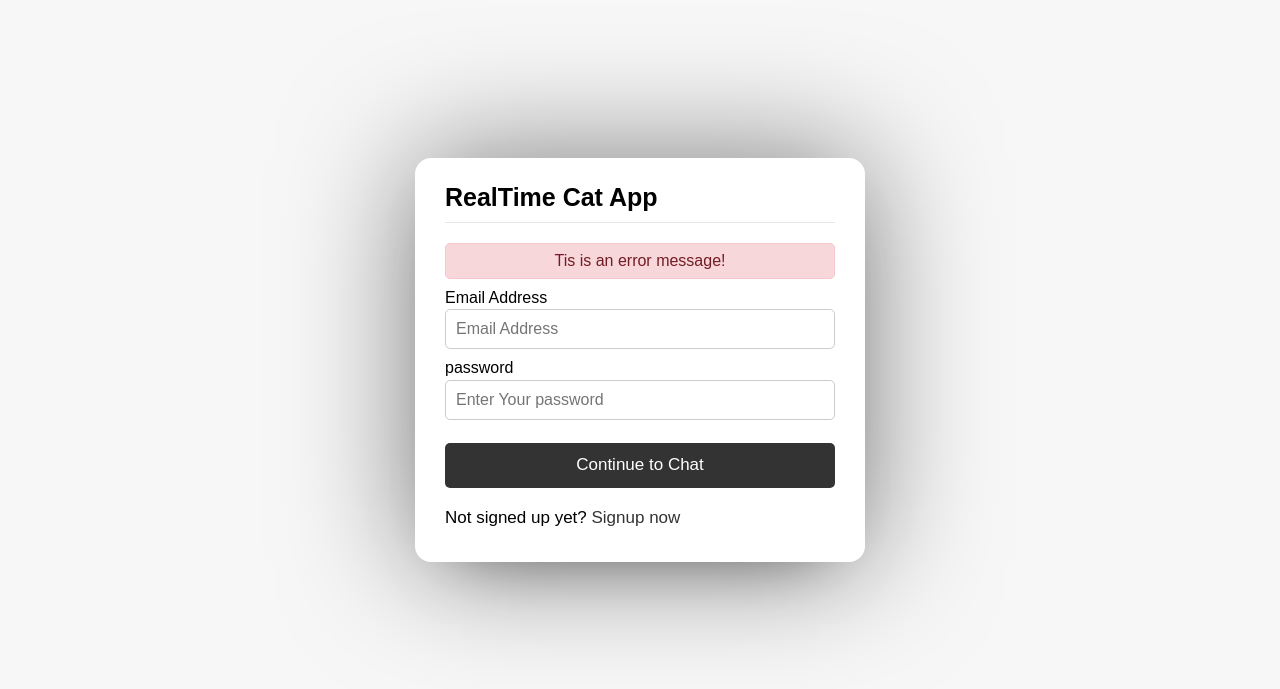
Repository: OmarEssameldinMousa/Chat-Application
Page: login.html
The author's editor kept a copy of each file at every save. The page is drawn from the files as they stood at one save, then again after the next save.
The browser window is 1280 px wide. The pictures show the whole page.

Above is the page before, as saved 2023-09-21 10:05:02.

### login.html
<!DOCTYPE html>
<html lang="en">

<head>
    <meta charset="UTF-8">
    <meta name="viewport" content="width=device-width, initial-scale=1.0">
    <title>Realtime Chat App</title>
    <link rel="stylesheet" href="css/normalize.css">
    <link rel="stylesheet" href="css/all.min.css">
    <link rel="stylesheet" href="css/style.css">
</head>

<body>
    <div class="wrapper">
        <section class="form signup">
            <header>RealTime Cat App</header>
            <form action="#">
                <div class="error-txt">Tis is an error message!</div>
                <div class="field input">
                    <label for="">Email Address</label>
                    <input type="text" placeholder="Email Address">
                </div>
                <div class="field input">
                    <label for="">password</label>
                    <input type="text" placeholder="Enter Your password">
                </div>

                <div class="field button">
                    <input type="submit" value="Continue to Chat">
                </div>
            </form>
            <div class="link">Not signed up yet? <a href="">Signup now</a></div>
        </section>
    </div>
</body>

</html>

### css/style.css
* {
    margin: 0;
    padding: 0;
    box-sizing: border-box;
    text-decoration: none;
    font-family: 'Poppins', sans-serif;
}


body {
    display: flex;
    align-items: center;
    justify-content: center;
    min-height: 100vh;
    background: #f7f7f7;
}

.wrapper {
    background: #fff;
    width: 450px;
    border-radius: 16px;
    box-shadow: 0 0 128px 0 rgba(0, 0, 0, 0.5), 0 32px 64px -48px rgba(0, 0, 0, 0.5);
}

/* Signup Form*/
.form {
    padding: 25px 30px;
}

.form header {
    font-size: 25px;
    font-weight: 600;
    padding-bottom: 10px;
    border-bottom: 1px solid #e6e6e6;
}

.form form {
    margin: 20px 0;
}

.form form .error-txt {
    color: #721c24;
    background: #f8d7da;
    padding: 8px 10px;
    text-align: center;
    border-radius: 5px;
    margin-bottom: 10px;
    border: 1px solid #f5c6cb
}

.form form .name-details {
    display: flex;
}

form .name-details .field:first-child {
    margin-right: 10px;
}

form .name-details .field:last-child {
    margin-left: 10px;
}

.form form .field {
    display: flex;
    flex-direction: column;
    margin-bottom: 10px;
}

.form form .field label {
    margin-bottom: 2px;
}


.form form .input input {
    outline: none;
}


.form form .input input {
    height: 40px;
    width: 100%;
    font-size: 16px;
    padding: 0 10px;
    border: 1px solid #ccc;
    border-radius: 5px;
}

.form form .image input {
    font-size: 17px;
}

.form form .button input {
    margin-top: 13px;
    height: 45px;
    border: none;
    font-size: 17px;
    font-weight: 500px;
    background: #333;
    color: #fff;
    border-radius: 5px;
    cursor: pointer;
}

.form .link {
    text-align: cetner;
    margin: 10px 0;
    font-size: 17px;
}

.form .link a {
    color: #333;
}

.form .link a:hover {
    text-decoration: underline;
}

Loaded but not shown: css/normalize.css (library); css/all.min.css (library)

After the next save:
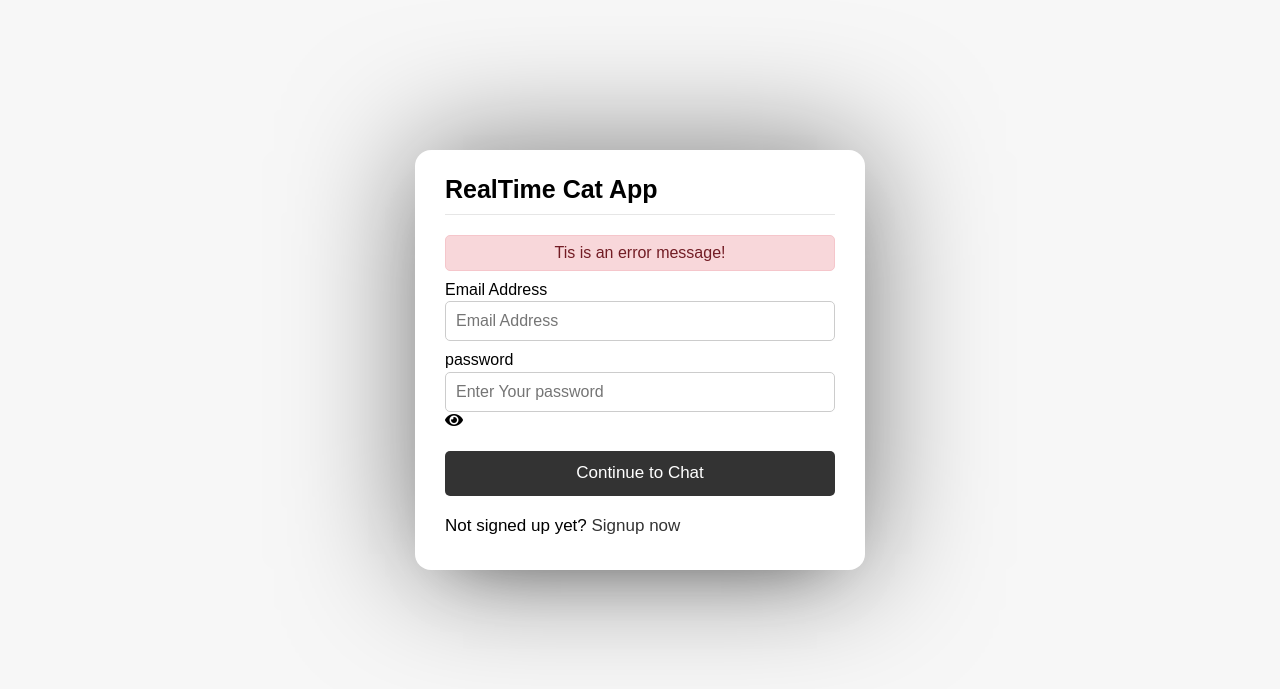
Saved 1 s later.
--- a/login.html
+++ b/login.html
@@ -23,6 +23,7 @@
                 <div class="field input">
                     <label for="">password</label>
                     <input type="text" placeholder="Enter Your password">
+                    <i class="fas fa-eye"></i>
                 </div>
 
                 <div class="field button">
